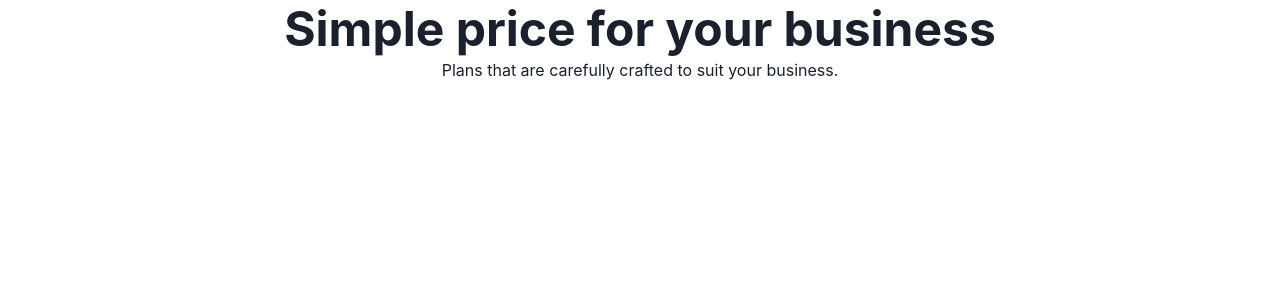
Repository: noutijo/learn-in-depth-chakra-ui
Page: /
An editor plug-in stored every save of this project. The page is shown before and after a run of saves, followed by the edit.
The browser window is 1280 px wide. The pictures show the whole page.
The project was rebuilt for these pictures with package versions that can differ from the ones it lists, and the page was loaded fresh each time. Also part of the build but not shown: vite.config.ts.

Above is the page before, as saved 2023-01-30 14:46:57.

### src/main.tsx
import React from 'react'
import ReactDOM from 'react-dom/client'
import App from './App'
import { ChakraProvider } from "@chakra-ui/react"

ReactDOM.createRoot(document.getElementById('root') as HTMLElement).render(
  <ChakraProvider>
  <React.StrictMode>
    <App />
  </React.StrictMode>
  </ChakraProvider>,
)

### src/App.tsx
//import './App.css'
import { Box, Flex, Stack, VStack, HStack } from "@chakra-ui/react";
import { Header } from "./components/Header";

export default function App() {
  return (
    <div className="App">
      <Box align="center">
      <Header />
      </Box>
    </div>
  );
}

### src/components/Header.tsx
//import './App.css'
import { Box, Heading, Text } from "@chakra-ui/react";

export function Header() {
  return (
      <Box>
        <Heading fontWe fontSize={"48px"}>Simple price for your business</Heading>
        <Text>Plans that are carefully crafted to suit your business.</Text>
      </Box>
  );
}

Loaded but not shown: index.html (common file)

After the next 2 saves:
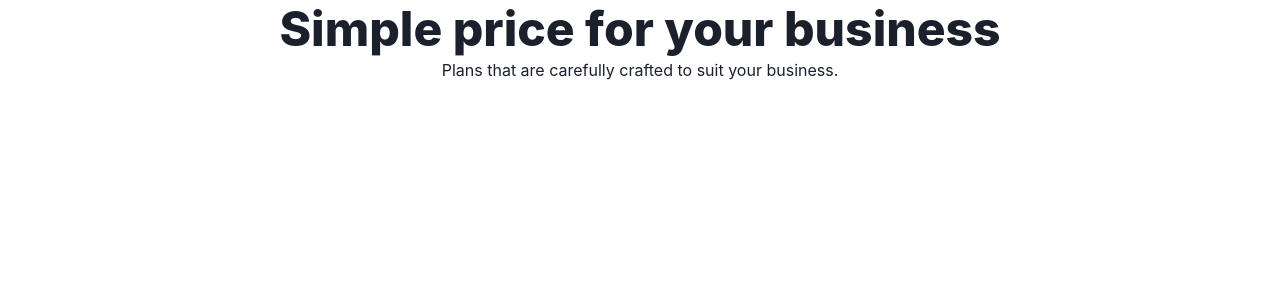
The 2 saves are shown as one change because they came seconds apart.
The last was saved 7 s later.
--- a/src/components/Header.tsx
+++ b/src/components/Header.tsx
@@ -4,7 +4,7 @@ import { Box, Heading, Text } from "@chakra-ui/react";
 export function Header() {
   return (
       <Box>
-        <Heading fontWe fontSize={"48px"}>Simple price for your business</Heading>
+        <Heading fontWeight={800} fontSize={"48px"}>Simple price for your business</Heading>
         <Text>Plans that are carefully crafted to suit your business.</Text>
       </Box>
   );
